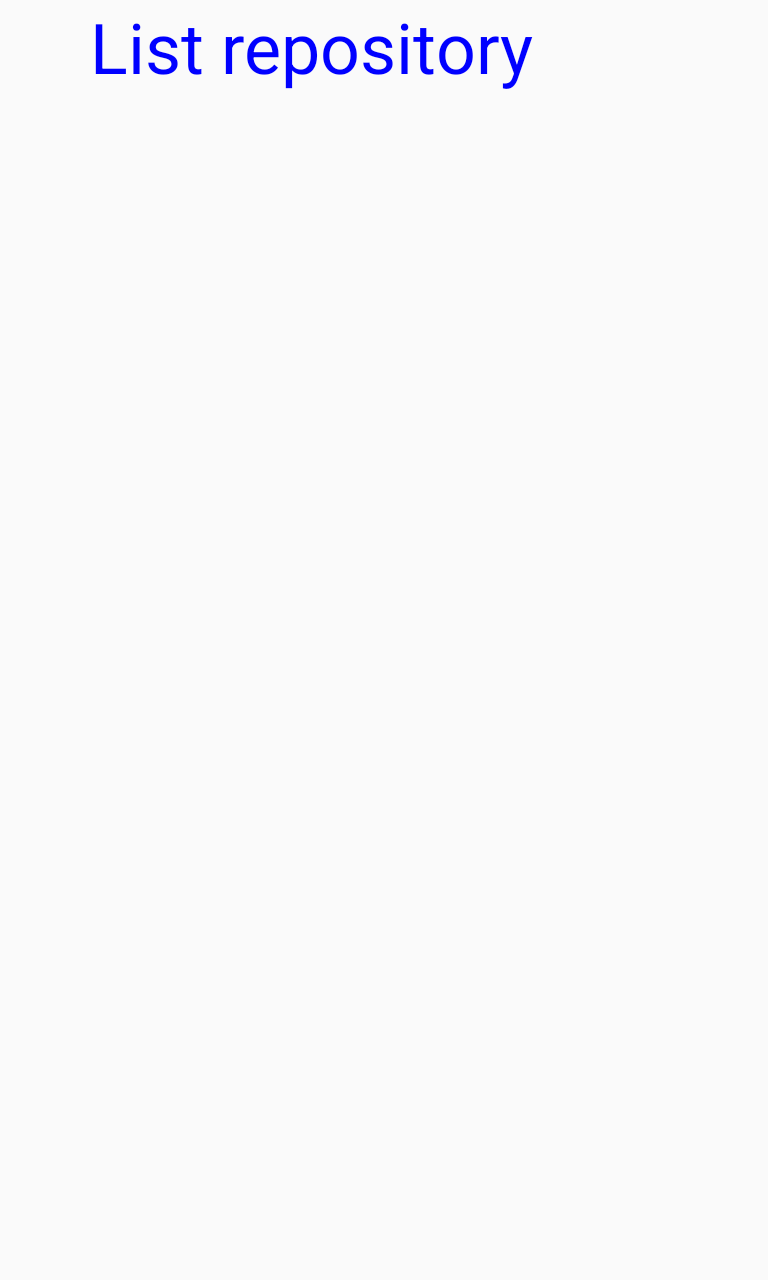
Repository: alexWr/app-rest
Layout: GitHubapp/res/layout/listrep.xml
These files come from the project's save history. The layout is drawn as it stood at one moment and after the next save; the edit follows.
It is drawn on a 768 x 1280 px phone screen (xhdpi) without system bars, with theme AppTheme; the app's code is not run. Lists and similar views that code fills are empty.

Above is the layout before, as saved 2014-10-24 07:21:54.

After the next save:
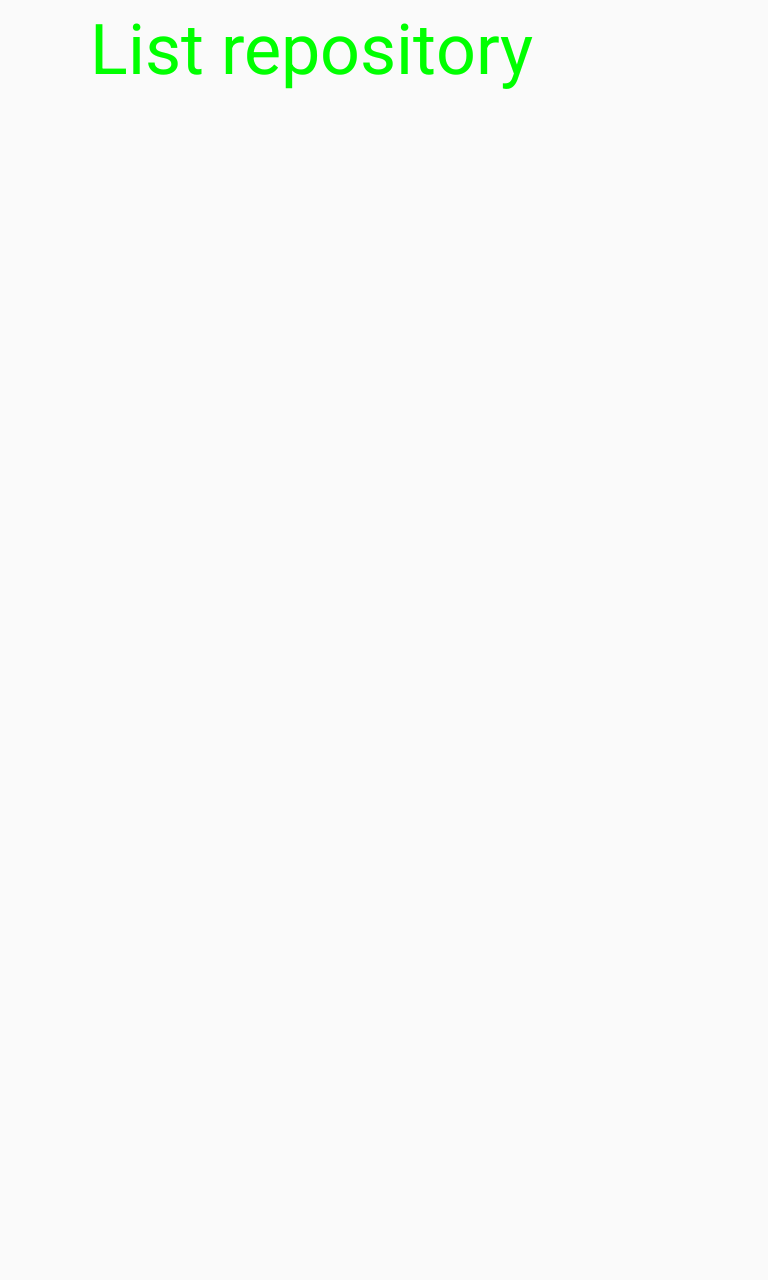
Saved 37 s later.
--- a/GitHubapp/res/layout/listrep.xml
+++ b/GitHubapp/res/layout/listrep.xml
@@ -7,7 +7,7 @@
 	    android:layout_width="match_parent"
 	    android:layout_height="wrap_content"
 	    android:layout_gravity="center"
-	    android:textColor="#0000ff"
+	    android:textColor="#00ff00"
 	    android:layout_marginLeft="30dp"
 	    android:textSize="35sp"
 	    android:text="List repository">
